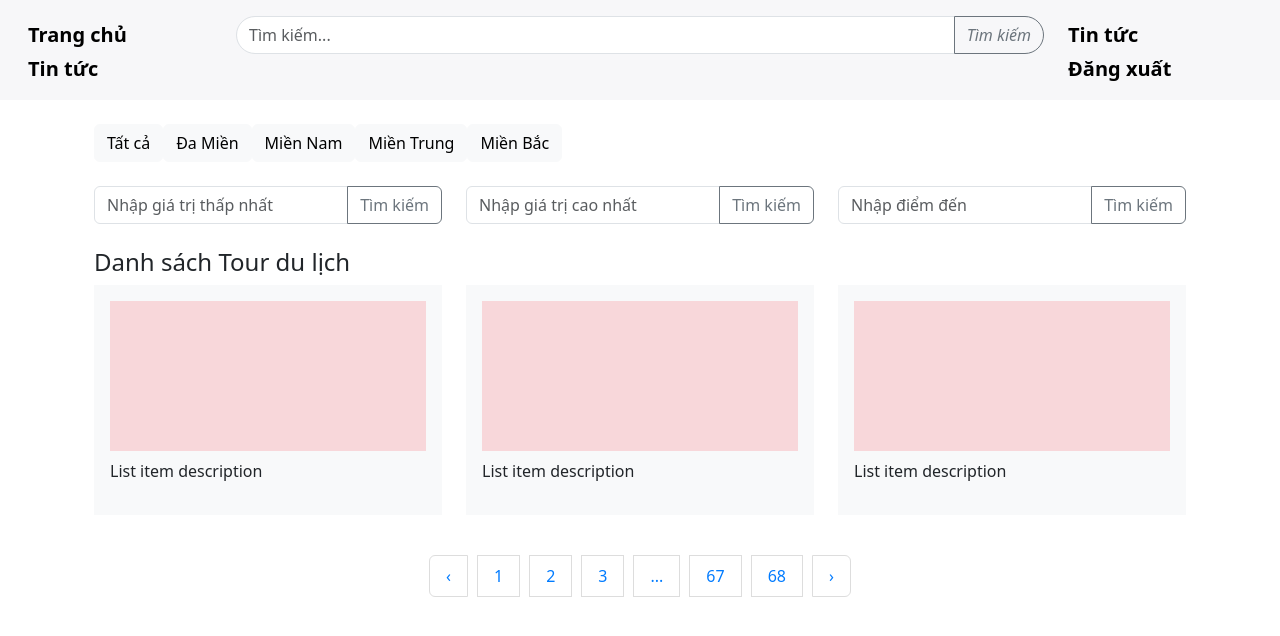
Repository: Minh23122003/qlDuAnPhanMem
Page: / (app in frontend/)
An editor plug-in stored every save of this project. The page is shown before and after the next save, followed by the edit.
The browser window is 1280 px wide. The pictures show the whole page.
The project was rebuilt for these pictures with package versions that can differ from the ones it lists, and the page was loaded fresh each time. Also part of the build but not shown: frontend/src/service/WebSocketService.js, frontend/src/components/Notifications.js, frontend/src/layout/Footer.js, frontend/src/configs/Apis.js, frontend/src/components/Relativeparkcard.js, frontend/src/components/Receipt/ReceiptList.css, frontend/src/components/merchandisecabinet.js, frontend/src/components/Service.js and 13 more.

Above is the page before, as saved 2024-09-06 17:16:51.

After the next save:
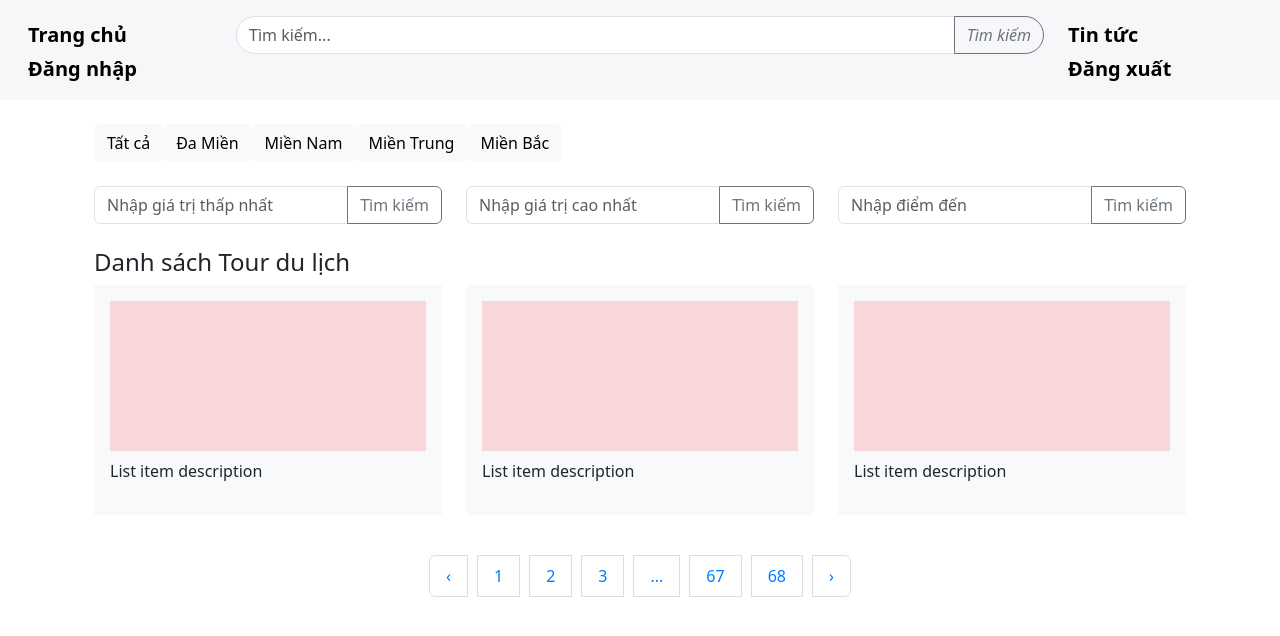
Saved 5 s later.
--- a/frontend/src/layout/Header.js
+++ b/frontend/src/layout/Header.js
@@ -52,7 +52,7 @@ const Header = () => {
                         <Nav className="me-auto">
                             {/* Use Link component for navigation */}
                             <StyledNavLink to="/news" className="mb-0">
-                                Tin tức
+                                Đăng nhập
                             </StyledNavLink>
                         </Nav>
                     </Col>
